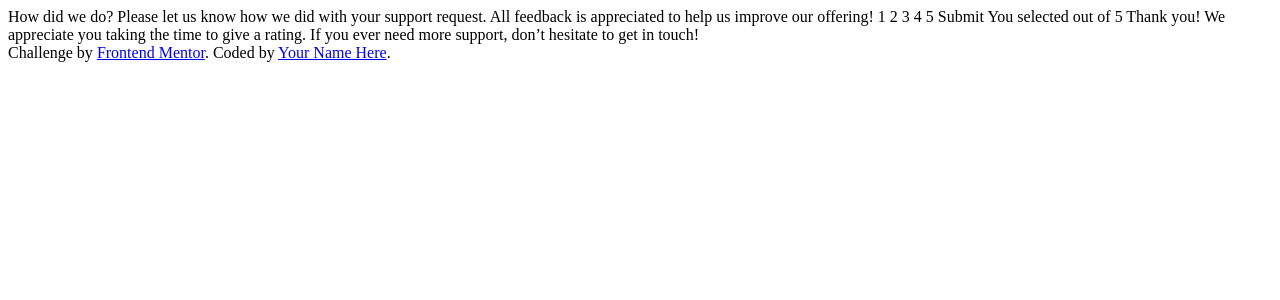
Repository: shayanabedi98/Interactive-rating-component
Page: index.html
An editor plug-in stored every save of this project. The page is shown before and after the next save, followed by the edit.
The browser window is 1280 px wide. The pictures show the whole page.

Above is the page before, as saved 2023-10-11 09:41:05.

After the next save:
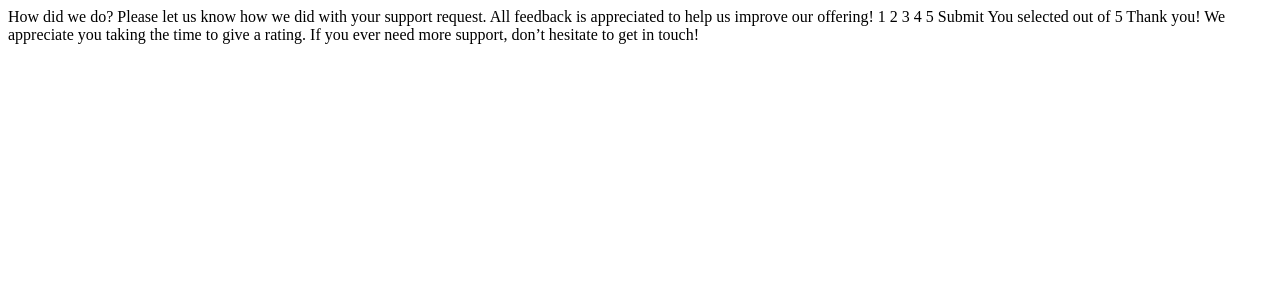
Saved 11 s later.
--- a/index.html
+++ b/index.html
@@ -32,12 +32,6 @@
   don’t hesitate to get in touch!
 
   <!-- Thank you state end -->
-
-
-  <div class="attribution">
-    Challenge by <a href="https://www.frontendmentor.io?ref=challenge" target="_blank">Frontend Mentor</a>.
-    Coded by <a href="#">Your Name Here</a>.
-  </div>
   <script src="index.js"></script>
 </body>
 </html>
